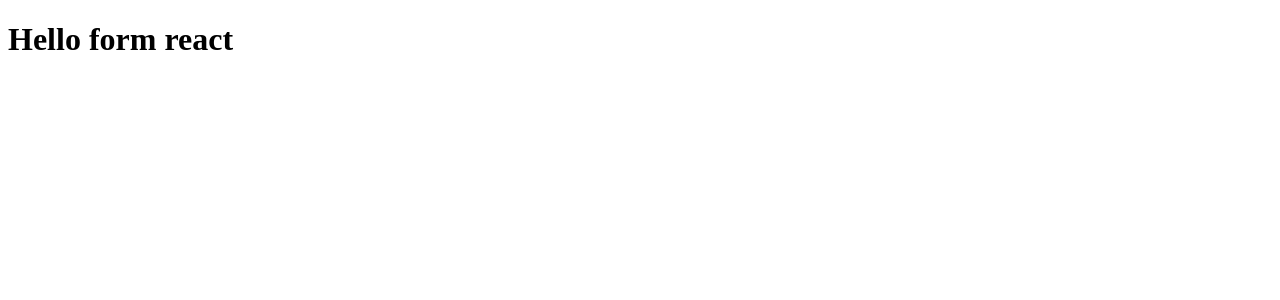
Repository: GAUTAM2349/NamasteReact
Page: index.html
An editor plug-in stored every save of this project. The page is shown before and after a run of saves, followed by the edit.
The browser window is 1280 px wide. The pictures show the whole page.

Above is the page before, as saved 2024-01-05 00:49:21.

### index.html
<!DOCTYPE html>
<html lang="en">
  <head>
    <meta charset="UTF-8" />
    <meta name="viewport" content="width=device-width, initial-scale=1.0" />
    <title>Namaste React</title>
    <script
      crossorigin
      src="https://unpkg.com/react@18/umd/react.development.js"
    ></script>
    <script
      crossorigin
      src="https://unpkg.com/react-dom@18/umd/react-dom.development.js"
    ></script>
  </head>
  <body>
    <div class="root" id="root">
      <h1>REACT NOT RENDERED</h1>
    </div>

    <script>
      let root = ReactDOM.createRoot(document.getElementById("root"));

      let heading = React.createElement("h1", {}, "Hello form react");
      console.log(heading);
      heading.textContent = "nothing bro";
      root.render(heading);

      let h1 = React.createElement("h1",{
        title : "first-heading",
        class : "first-heading"
      },"First Heading");
    </script>
  </body>
</html>

After the next 2 saves:
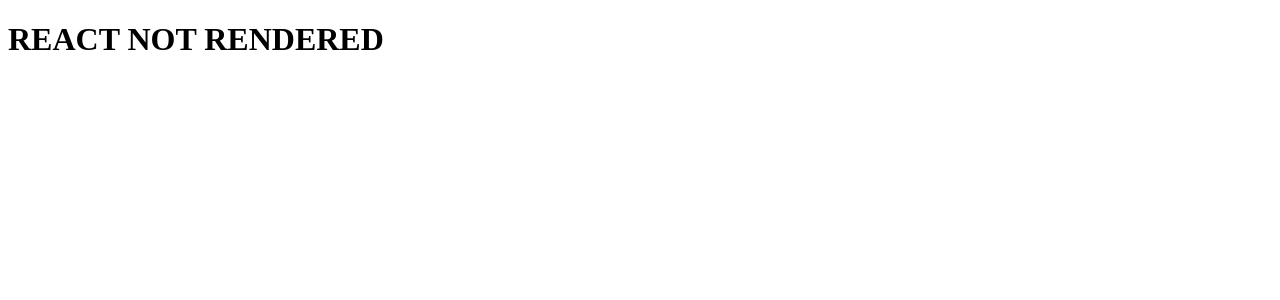
Console error: SyntaxError: Identifier 'h1' has already been declared
The 2 saves are shown as one change because they came seconds apart.
The last was saved 17 s later.
--- a/index.html
+++ b/index.html
@@ -30,6 +30,12 @@
         title : "first-heading",
         class : "first-heading"
       },"First Heading");
+
+
+      let h1 = React.createElement("h1",{
+        title : "first-heading",
+        class : "first-heading"
+      },"First Heading");
     </script>
   </body>
 </html>

After the 2 saves that followed:
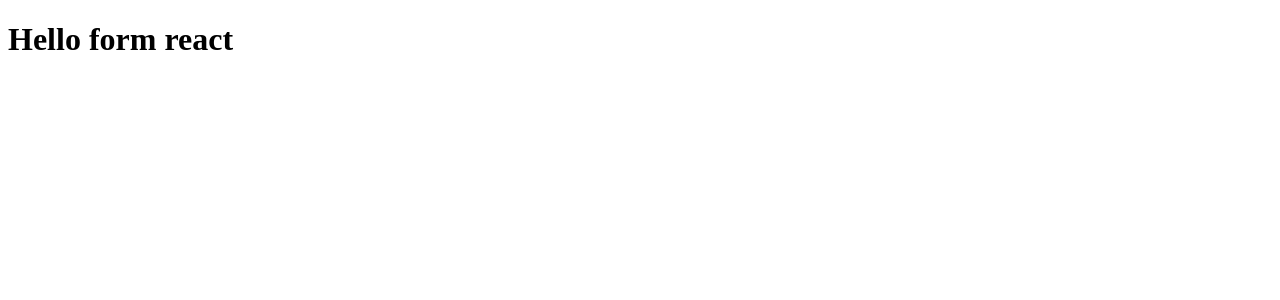
The error is gone.
The 2 saves are shown as one change because they came seconds apart.
The last was saved 10 s later.
--- a/index.html
+++ b/index.html
@@ -32,7 +32,7 @@
       },"First Heading");
 
 
-      let h1 = React.createElement("h1",{
+      let h2 = React.createElement("h2",{
         title : "first-heading",
         class : "first-heading"
       },"First Heading");
